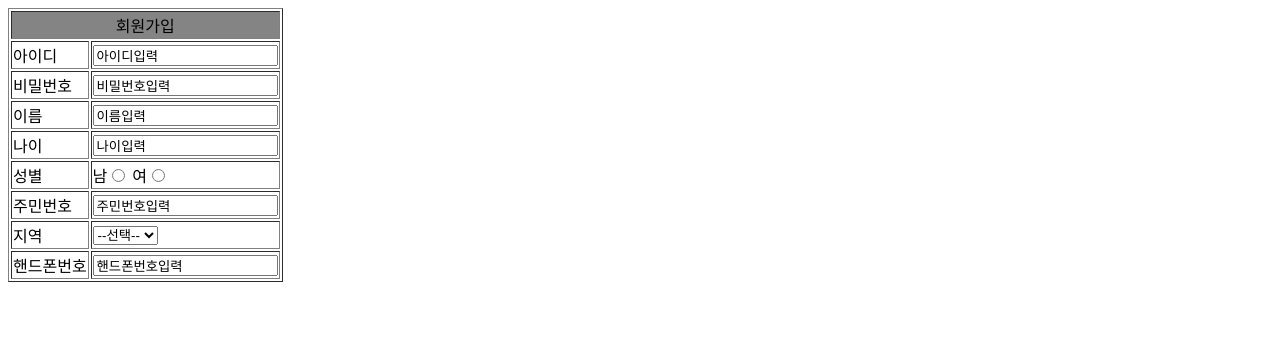
Repository: gunvv00/Java_practice
Page: html_work/html01/WebContent/goods.html
The author's editor kept a copy of each file at every save. The page is drawn from the files as they stood at one save, then again after the next save.
The browser window is 1280 px wide. The pictures show the whole page.

Above is the page before, as saved 2020-01-02 06:41:12.

After the next save:
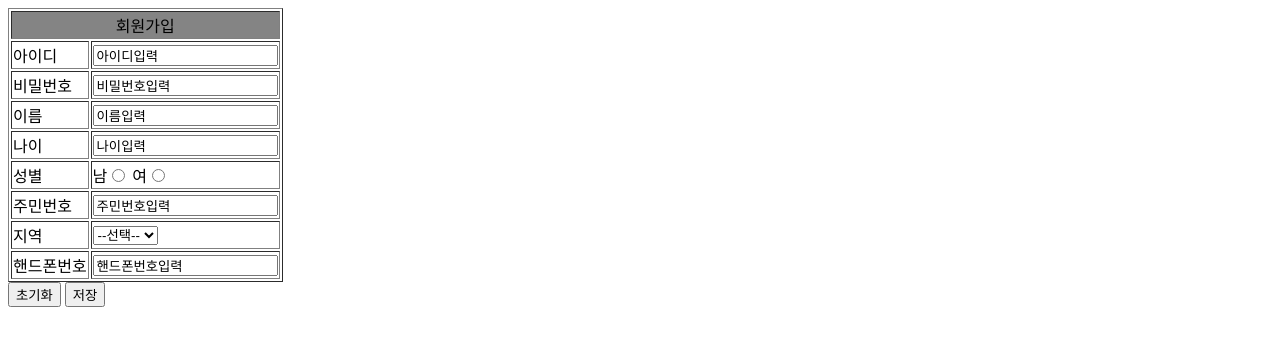
Saved 31 s later.
--- a/html_work/html01/WebContent/goods.html
+++ b/html_work/html01/WebContent/goods.html
@@ -55,6 +55,8 @@
 		<td><input type = "text" name="phonenumber" value = "핸드폰번호입력"></td>
 	</tr>
 	</TABLE>
+	<input type = "reset" value="초기화"/>
+	<input type = "submit" value = "저장"/>
 
 </body>
 </html>
